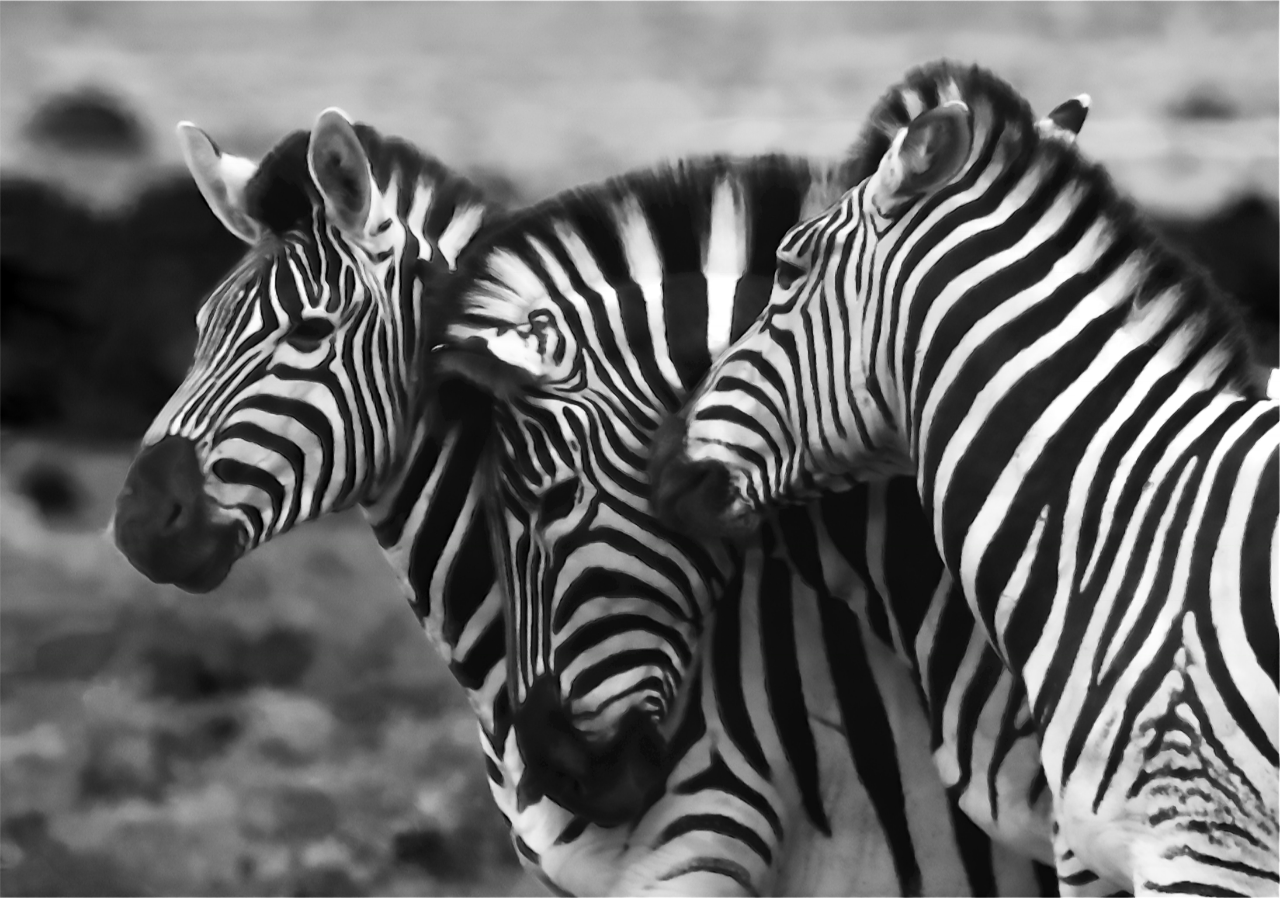
Repository: BrightonMboya/ggv-landingPage
Page: /components/background
These files come from the project's save history. The page is drawn as it stood at one moment and after the next save; the edit follows.
The browser window is 1280 px wide. The pictures show the whole page.
The project was rebuilt for these pictures with package versions that can differ from the ones it lists, and the page was loaded fresh each time. The framework's server and built-in components were replaced by stand-ins that run in the browser. Also part of the build but not shown: next.config.js, styles/Home.module.css.

Above is the page before, as saved 2022-06-13 14:49:24.

### pages/components/background.js
import Image from "next/image";
import home from "../assets/home.jpg";
import { bgWrap } from "../../styles/Home.module.css";

const Background = () => {
  return (
    <div className={bgWrap}>
      <Image src={home} layout="responsive" objectFit="cover" quality={100} />
    </div>
  );
};

export default Background;

### tailwind.config.js
module.exports = {
  content: [
    "./pages/**/*.{js,ts,jsx,tsx}",
    "./components/**/*.{js,ts,jsx,tsx}"
  ],
  theme: {
    extend: {
      colors: {
        black: "#000107",
        slate: "#E3F1EF"
      }
    }
  },
  plugins: []
};

Loaded but not shown: pages/_app.js (common file); styles/globals.css (common file)

After the next save:
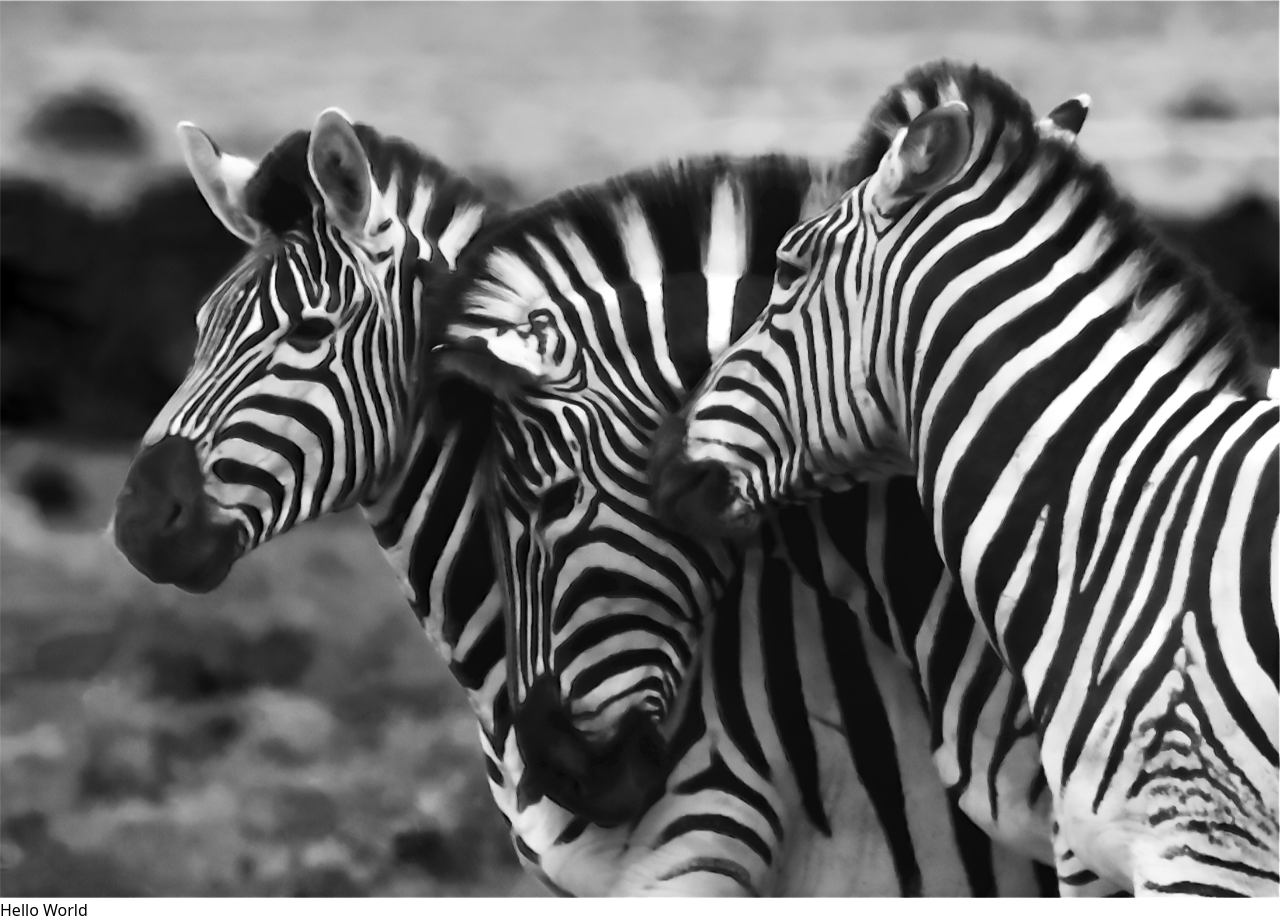
Saved 4 min 23 s later.
--- a/pages/components/background.js
+++ b/pages/components/background.js
@@ -6,6 +6,7 @@
   return (
     <div className={bgWrap}>
       <Image src={home} layout="responsive" objectFit="cover" quality={100} />
+      <h3>Hello World</h3>
     </div>
   );
 };

After the 2 saves that followed:
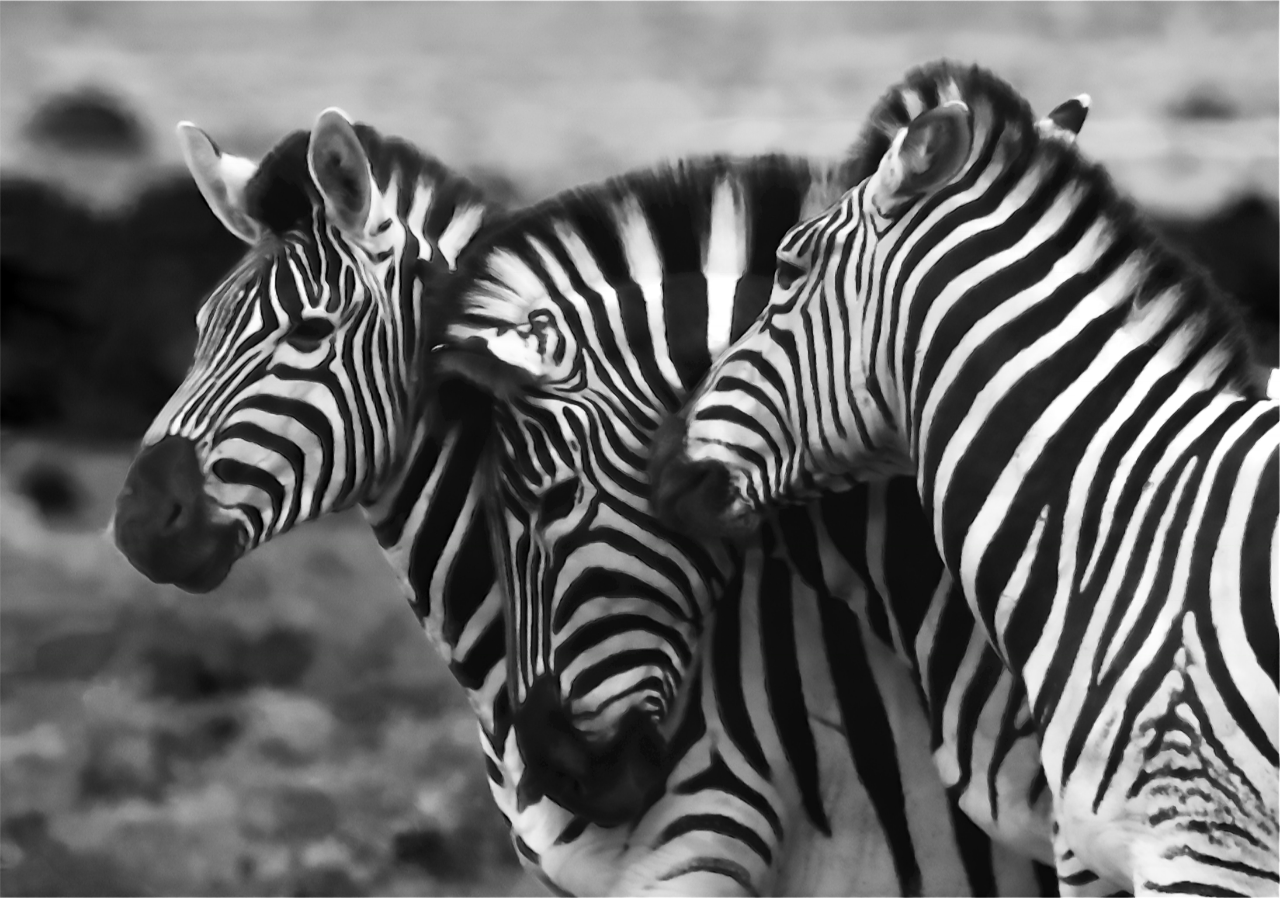
The 2 saves are shown as one change because 1 left the picture as it was.
The last was saved 2 min 11 s later.
--- a/pages/components/background.js
+++ b/pages/components/background.js
@@ -4,9 +4,13 @@
 
 const Background = () => {
   return (
-    <div className={bgWrap}>
-      <Image src={home} layout="responsive" objectFit="cover" quality={100} />
-      <h3>Hello World</h3>
+    <div>
+      <div className={bgWrap}>
+        <Image src={home} layout="responsive" objectFit="cover" quality={100} />
+      </div>
+      {/* <div>
+        <h3>Hello World</h3>
+      </div> */}
     </div>
   );
 };
